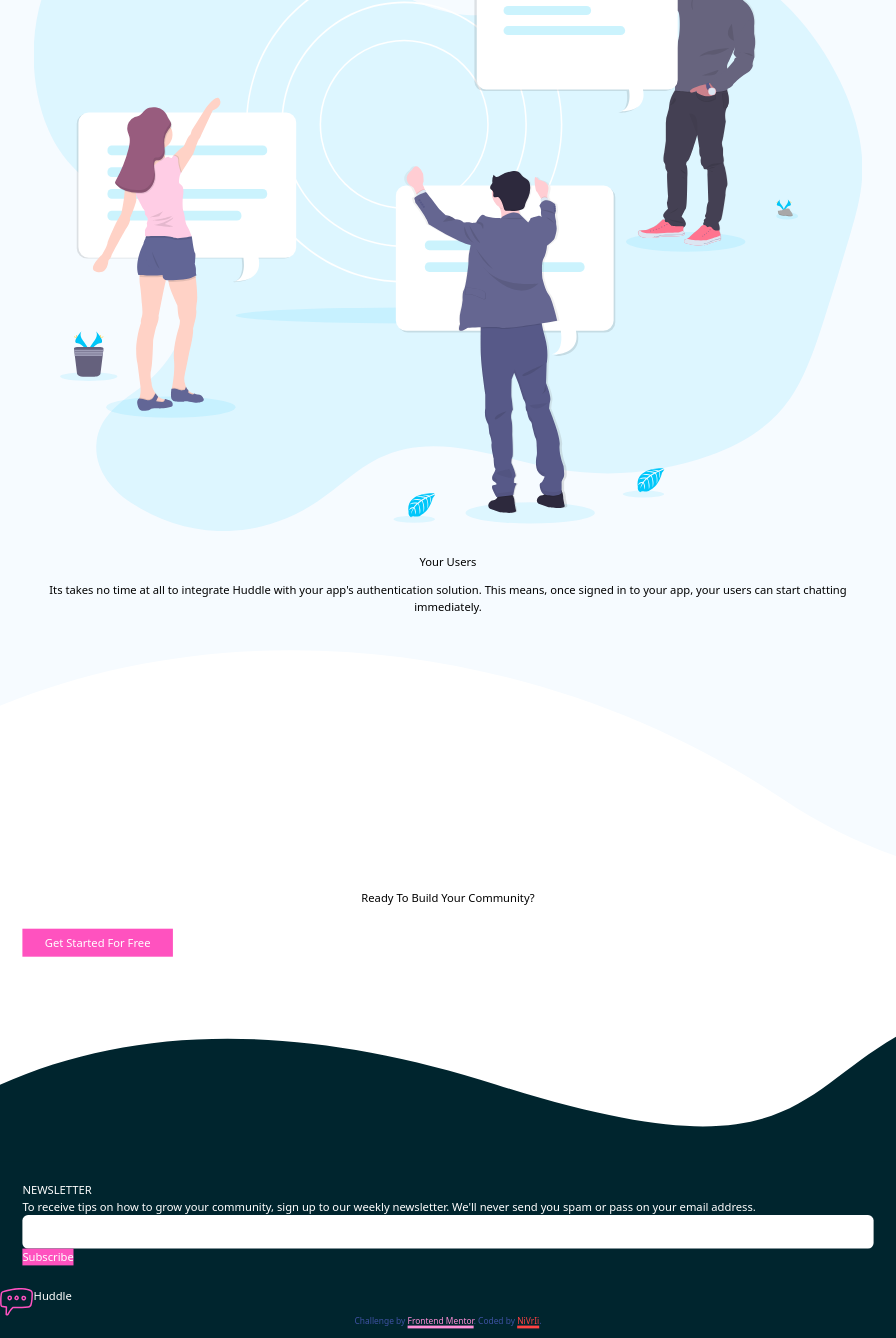
Repository: nivrii/huddle-landing-page-with-curved-sections-master
Page: /
These files come from the project's save history. The page is drawn as it stood at one moment and after the next save; the edit follows.
The browser window is 1280 px wide. The pictures show the part of the page from y = 4524 to 6444 px (the page is 6436 px tall before and 6444 px after), at 70% of full size.
The project was rebuilt for these pictures with package versions that can differ from the ones it lists, and the page was loaded fresh each time. Also part of the build but not shown: vite.config.js.

Above is the page before, as saved 2024-04-15 16:22:51.

After the next save:
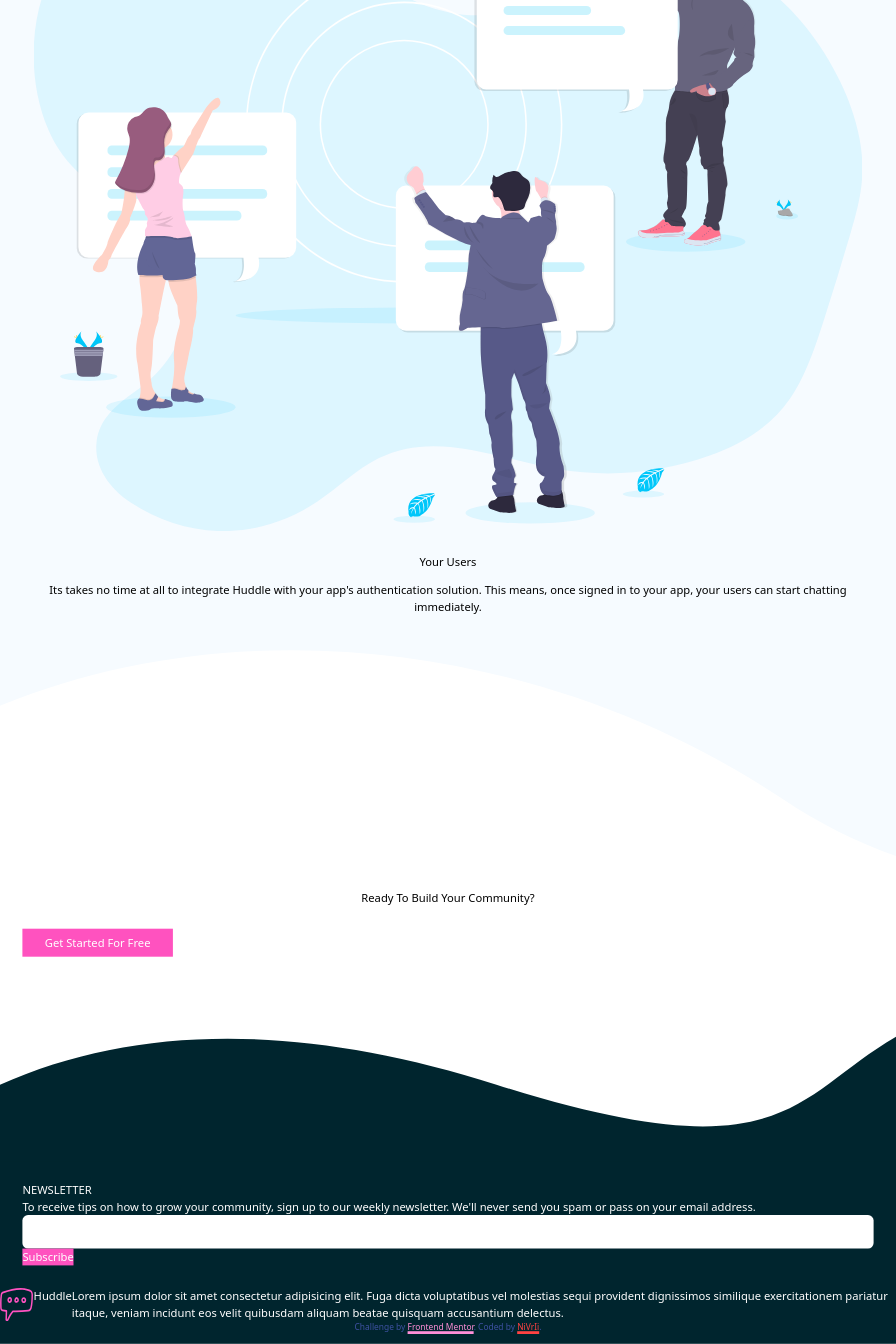
Saved 74 s later.
--- a/src/App.jsx
+++ b/src/App.jsx
@@ -149,15 +149,28 @@
               className="fill-white stroke-white"
             />
             <h1>Huddle</h1>
+            <p>
+              Lorem ipsum dolor sit amet consectetur adipisicing elit. Fuga
+              dicta voluptatibus vel molestias sequi provident dignissimos
+              similique exercitationem pariatur itaque, veniam incidunt eos
+              velit quibusdam aliquam beatae quisquam accusantium delectus.
+            </p>
           </div>
         </div>
         <p className="text-xs text-center text-attribution">
           Challenge by{" "}
-          <a href="https://www.frontendmentor.io?ref=challenge" target="_blank" className="text-Light-pink underline decoration-solid decoration-4">
+          <a
+            href="https://www.frontendmentor.io?ref=challenge"
+            target="_blank"
+            className="text-Light-pink underline decoration-solid decoration-4"
+          >
             Frontend Mentor
           </a>
           . Coded by{" "}
-          <a href="https://github.com/nivrii/huddle-landing-page-with-curved-sections-master" className="underline decoration-solid decoration-4 text-Light-red">
+          <a
+            href="https://github.com/nivrii/huddle-landing-page-with-curved-sections-master"
+            className="underline decoration-solid decoration-4 text-Light-red"
+          >
             NiVrIi
           </a>
           .
